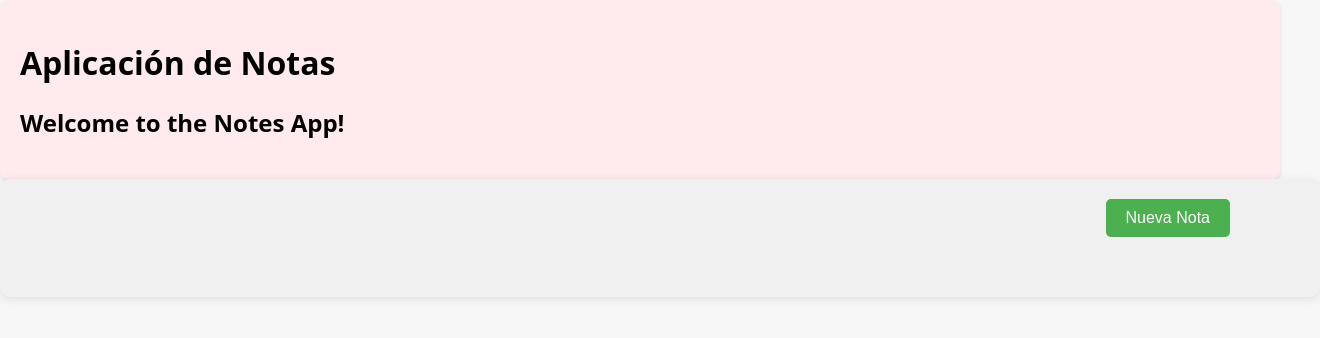
Repository: xunxuno/aplicacion_web_notas
Page: / (app in notas_web_app/)
The author's editor kept a copy of each file at every save. The page is drawn from the files as they stood at one save, then again after the next save.
The browser window is 1280 px wide. The page is 1320 px wide, so the pictures cover 1320 px, including what lies to the right of the window. The pictures show the whole page.
The project was rebuilt for these pictures with package versions that can differ from the ones it lists, and the page was loaded fresh each time. Also part of the build but not shown: notas_web_app/vite.config.ts, notas_web_app/src/components/Note.tsx, notas_web_app/src/components/NoteCollection.tsx, notas_web_app/src/components/NoteModal.tsx.

Above is the page before, as saved 2024-10-02 16:05:36.

### notas_web_app/src/main.tsx
import React from 'react';
import ReactDOM from 'react-dom/client'; // Cambiado a ReactDOM para el nuevo root API
import App from './App';
import { NotesProvider } from './contexts/NotesContext';
import './styles.css';

ReactDOM.createRoot(document.getElementById('root')!).render(
  <React.StrictMode>
    <NotesProvider>
      <App />
    </NotesProvider>
  </React.StrictMode>,
);

### notas_web_app/src/App.tsx
// src/App.tsx
import React, { useState, useContext, useEffect } from 'react';
import { NotesProvider, NotesContext } from './contexts/NotesContext';
import NoteCollection from './components/NoteCollection';
import NoteModal from './components/NoteModal';
import './styles.css';
import AppBar from './components/AppBar';

interface Note {
  id: string;
  title: string;
  content: string;
  collectionId: string;
}

interface NoteCollectionInterface {
  id: string;
  notes: Note[];
}

const App: React.FC = () => {
  const [isModalOpen, setModalOpen] = useState(false);
  const [activeCollectionId, setActiveCollectionId] = useState<string | null>(null);
  const { state, dispatch } = useContext(NotesContext);

  useEffect(() => {
    console.log("Actualización de colecciones:");
    state.collections.forEach((collection: NoteCollectionInterface) => {
      console.log(`Notas en la colección ${collection.id}:`);
      collection.notes.forEach((n: Note) => {
        console.log(`Nota ID: ${n.id}, Título: ${n.title}, Contenido: ${n.content}`);
      });
    });
  }, [state.collections]);

  const handleAddNote = (note: Omit<Note, 'id'>) => {
    const collectionIdToUse = state.nextCollectionId.toString();

    dispatch({
      type: 'ADD_NOTE',
      payload: { collectionId: collectionIdToUse, note },
    });

    setModalOpen(false);
  };



  const handleOpenModal = () => {
    if (state.collections.length === 0) {
      setActiveCollectionId(null);
    } else {
      // Asigna automáticamente el ID de la primera colección disponible
      setActiveCollectionId(state.collections[0].id);
    }
    setModalOpen(true);
  };


  return (
    <NotesProvider>
      <AppBar />
      <div className="app-container">


      <div className="button-container"> {/* Contenedor para el botón */}
        <button className="add-note-button" onClick={handleOpenModal}>
          Nueva Nota
        </button>
      </div>

        <div className="collections-container">
          {state.collections.map((collection: NoteCollectionInterface) => (
            <NoteCollection
              key={collection.id}
              collection={collection}
              onNoteClick={(noteId) => {
                console.log("Nota ID:", noteId);
              }}
              onCollectionClick={() => setActiveCollectionId(collection.id)} // Establece correctamente el ID de la colección activa
              onNoteMove={(noteId, targetCollectionId) => {
                dispatch({ type: 'MOVE_NOTE', payload: { noteId, targetCollectionId } });
              }}
              onDelete={(noteId) => {
                dispatch({ type: 'DELETE_NOTE', payload: { noteId } });
              }}
            />
          ))}
        </div>

        {isModalOpen && (
          <NoteModal
            onClose={() => setModalOpen(false)}
            onAddNote={handleAddNote}
            activeCollectionId={activeCollectionId!}
          />
        )}
      </div>
    </NotesProvider>
  );
};

export default App;

### notas_web_app/src/contexts/NotesContext.tsx
import React, { createContext, useReducer, ReactNode } from 'react';

interface Note {
  id: string;
  title: string;
  content: string;
}


interface NoteCollectionInterface {
  id: string; // ID de la colección, generado de manera secuencial
  notes: Note[]; // Lista de notas en la colección
}

interface NotesState {
  collections: NoteCollectionInterface[];
  nextNoteId: number; // Para los IDs de las notas
  nextCollectionId: number; // Para los IDs de las colecciones
}



interface AddNoteAction {
  type: 'ADD_NOTE';
  payload: {
    collectionId: string;
    note: Note;
  };
}

interface DeleteNoteAction {
  type: 'DELETE_NOTE';
  payload: {
    collectionId: string;
    noteId: string;
  };
}

interface MoveNoteAction {
  type: 'MOVE_NOTE';
  payload: {
    noteId: string;
    targetCollectionId: string;
  };
}
type NotesAction = AddNoteAction | DeleteNoteAction | MoveNoteAction;

const initialState: NotesState = {
  collections: [],
  nextNoteId: 1, // Empieza desde 1 para el ID de notas
  nextCollectionId: 1, // Empieza desde 1 para el ID de colecciones
};



const NotesContext = createContext<any>(null);

// Reducer para manejar las acciones
const notesReducer = (state: NotesState, action: NotesAction): NotesState => {
  switch (action.type) {
    case 'ADD_NOTE':
      const newNoteId = state.nextNoteId; // ID de la nueva nota
      const collectionId = action.payload.collectionId || state.nextCollectionId.toString();

      // Verificar si la colección ya existe
      const collectionExists = state.collections.some(collection => collection.id === collectionId);

      const updatedCollections = collectionExists
        ? state.collections.map(collection => {
            if (collection.id === collectionId) {
              const newNote = {
                ...action.payload.note,
                id: newNoteId.toString(), // Asigna el nuevo ID a la nota
              };
              return {
                ...collection,
                notes: [...collection.notes, newNote],
              };
            }
            return collection;
          })
        : [
            ...state.collections,
            {
              id: state.nextCollectionId.toString(), // Crea una nueva colección con ID secuencial
              notes: [
                {
                  ...action.payload.note,
                  id: newNoteId.toString(), // Asigna el nuevo ID a la nota
                  collectionId: state.nextCollectionId.toString(), // Asigna el ID de colección a la nota
                },
              ],
            },
          ];

      return {
        ...state,
        collections: updatedCollections,
        nextNoteId: state.nextNoteId + 1, // Incrementa el ID de la nota
        nextCollectionId: state.nextCollectionId + 1, // Incrementa el ID de la colección para la próxima
      };
    case 'DELETE_NOTE':
      return {
        ...state,
        collections: state.collections.map(collection => ({
          ...collection,
          notes: collection.notes.filter(note => note.id !== action.payload.noteId),
        })),
      };
    case 'MOVE_NOTE':
      const { noteId, targetCollectionId } = action.payload;
      const sourceCollection = state.collections.find((collection) =>
        collection.notes.some((note) => note.id === noteId)
      );
      if (!sourceCollection) return state;

      const noteToMove = sourceCollection.notes.find((note) => note.id === noteId);
      if (!noteToMove) return state;

      return {
        ...state,
        collections: state.collections.map((collection) => {
          if (collection.id === sourceCollection.id) {
            return {
              ...collection,
              notes: collection.notes.filter((note) => note.id !== noteId),
            };
          } else if (collection.id === targetCollectionId) {
            return {
              ...collection,
              notes: [...collection.notes, noteToMove],
            };
          } else {
            return collection;
          }
        }),
      };
    default:
      return state;
  }
};


// Proveedor del contexto con soporte para 'children'
interface NotesProviderProps {
  children: ReactNode; // Definir el tipo de la prop 'children'
}

const NotesProvider: React.FC<NotesProviderProps> = ({ children }) => {
  const [state, dispatch] = useReducer(notesReducer, initialState);

  return (
    <NotesContext.Provider value={{ state, dispatch }}>
      {children}
    </NotesContext.Provider>
  );
};

export { NotesContext, NotesProvider, notesReducer };

### notas_web_app/src/styles.css
body {
    font-family: 'Noto Sans', sans-serif;
    background-color: #f7f7f7;
    margin: 0;
    padding: 0;
    color: #000;
  }


/* Estilo para el contenedor principal de la aplicación */
.app-container {
  width: 100%; /* Ancho máximo */
  margin: 0 auto; /* Centrar el contenedor */
  padding: 20px; /* Espaciado interno */
  background-color: #f0f0f0; /* Color de fondo claro */
  border-radius: 10px; /* Bordes redondeados */
  box-shadow: 0 2px 10px rgba(0, 0, 0, 0.1); /* Sombra sutil */
}

/* Estilo para el botón de agregar nota */
.add-note-button {
  background-color: #4CAF50; /* Color de fondo verde */
  color: white; /* Color del texto */
  padding: 10px 20px; /* Espaciado interno */
  border: none; /* Sin borde */
  border-radius: 5px; /* Bordes redondeados */
  cursor: pointer; /* Cambia el cursor al pasar sobre el botón */
  margin-bottom: 20px; /* Espacio debajo del botón */
  font-size: 16px; /* Tamaño de fuente */
  transition: background-color 0.3s; /* Transición para el color de fondo */
  margin-left: auto; /* Empuja el botón a la derecha */
}

/* Efecto hover para el botón de agregar nota */
.add-note-button:hover {
  background-color: #45a049; /* Color de fondo más oscuro al pasar el mouse */
}

/* Estilo para el contenedor de colecciones */
.collections-container {
  width: 100%;
  display: flex; /* Usar flexbox para una mejor organización */
  flex-direction: column; /* Organizar en columnas */
  margin-top: 20px;
}

.button-container {
  display: flex; /* Usar flexbox para alinear los elementos */
  justify-content: flex-end; /* Alinear los elementos al final (derecha) */
  margin-bottom: 20px; /* Margen inferior para separar del siguiente elemento */
  margin-right: 70px; /* Espacio a la derecha para alejar del borde */
}

### notas_web_app/src/components/AppBar.tsx
// AppBar.tsx
import React from 'react';

const AppBar: React.FC = () => {
  const appBarStyle = {
    backgroundColor: '#ffebee', // Color pastel
    borderRadius: '8px',
    margin: '0',
    padding: '20px',
    boxShadow: '0 2px 4px rgba(0, 0, 0, 0.1)', // Agregar sombra para mayor profundidad
  };

  return (
    <div style={appBarStyle}>
      <h1>Aplicación de Notas</h1>
      <h2>Welcome to the Notes App!</h2>
    </div>
  );
};

export default AppBar;

Loaded but not shown: notas_web_app/index.html (common file)

After the next save:
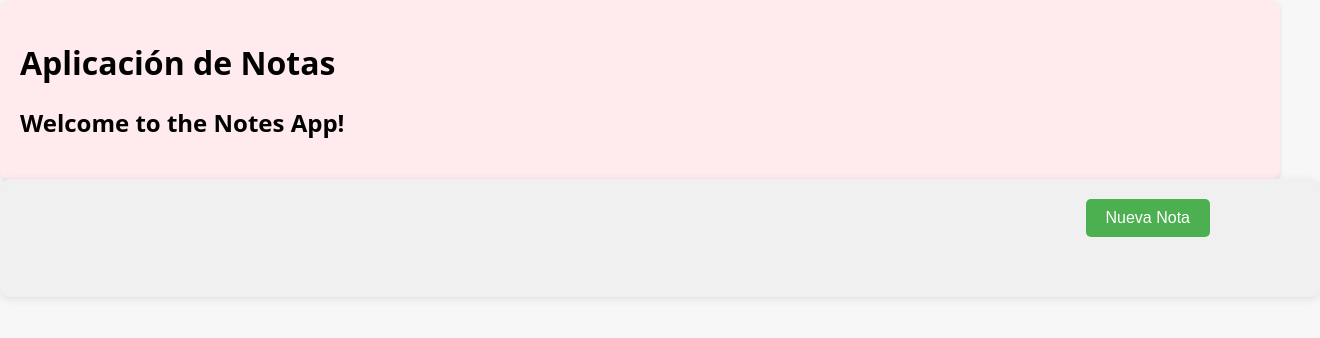
Saved 42 s later.
--- a/notas_web_app/src/styles.css
+++ b/notas_web_app/src/styles.css
@@ -28,8 +28,11 @@ body {
   margin-bottom: 20px; /* Espacio debajo del botón */
   font-size: 16px; /* Tamaño de fuente */
   transition: background-color 0.3s; /* Transición para el color de fondo */
+  /* Ajustes para centrar el botón */
   margin-left: auto; /* Empuja el botón a la derecha */
+  margin-right: 20px; /* Margen a la derecha para no pegarse al borde */
 }
+
 
 /* Efecto hover para el botón de agregar nota */
 .add-note-button:hover {
